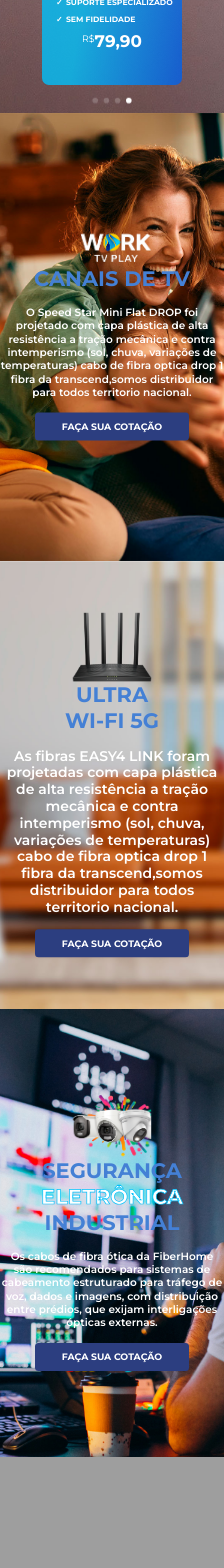
Repository: mateus-henrique-silva/WorkBandaLarga
Page: site_work/src/Pages/campos.html
An editor plug-in stored every save of this project. The page is shown before and after the next save, followed by the edit.
The browser window is 320 px wide. The pictures show the part of the page from y = 1169 to 3409 px (the page is 4803 px tall), at 70% of full size.
Pictures or frames that could not be fetched are drawn as grey boxes. Backgrounds fixed to the window are drawn as part of the page. Some web fonts or font styles are not loaded; a fallback is used.

Above is the page before, as saved 2022-09-20 10:36:39.

After the next save:
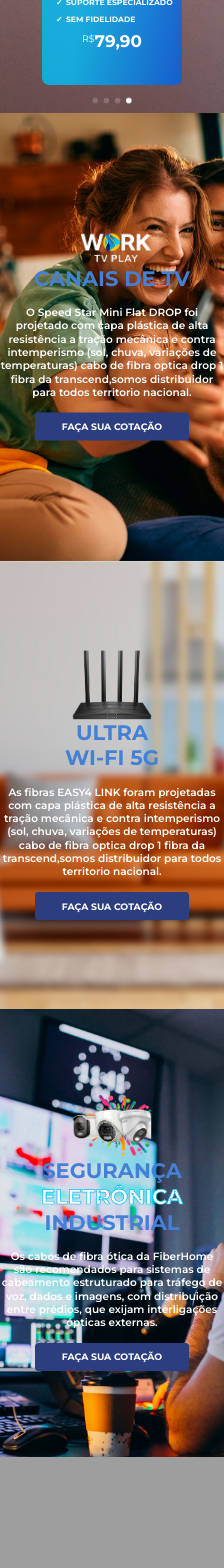
Saved 11 s later.
--- a/site_work/src/CSS/Main/textMobile/style.css
+++ b/site_work/src/CSS/Main/textMobile/style.css
@@ -71,7 +71,7 @@
   .ajust-two p{
     font-size:15px;
   }
-  .just-text{
+  .just-text p{
     font-size:15px;
   }
 }
